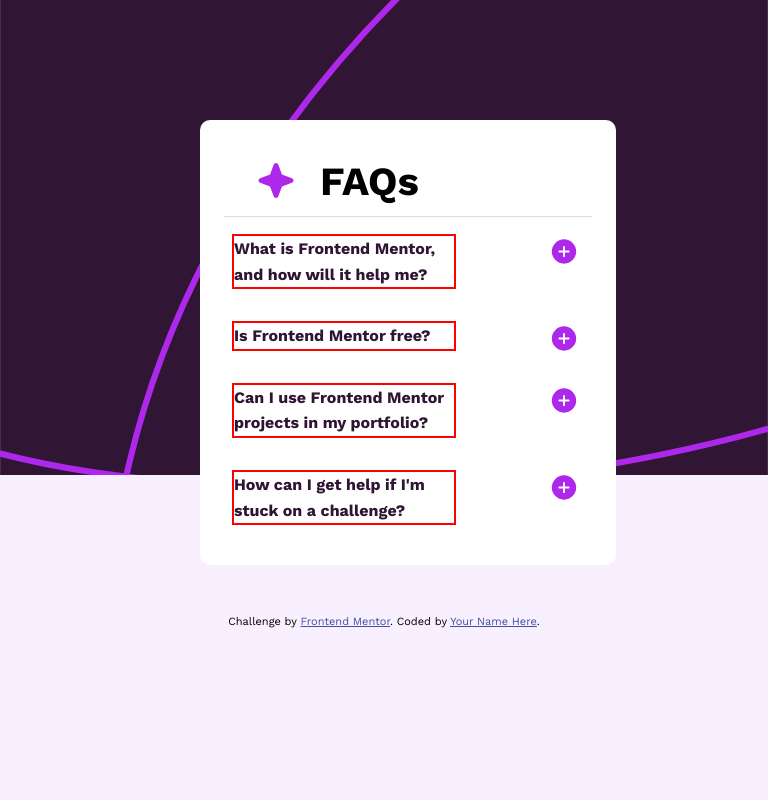
Repository: imokha01/accordion-main
Page: index.html
These files come from the project's save history. The page is drawn as it stood at one moment and after the next save; the edit follows.
The browser window is 768 px wide. The pictures show the whole page.

Above is the page before, as saved 2023-12-26 11:23:09.

After the next save:
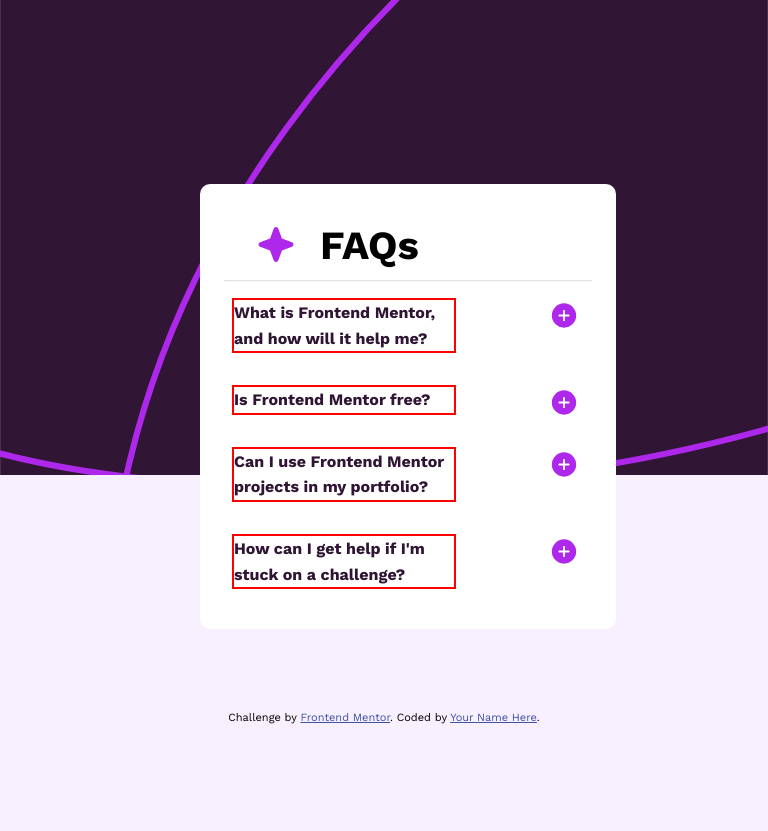
Saved 4 s later.
--- a/index.css
+++ b/index.css
@@ -139,7 +139,7 @@
 
     .wrapper, main {
         width: 26rem;
-        margin: 3rem auto;
+        margin: 5rem auto;
     }
 
     /* .title  p{
